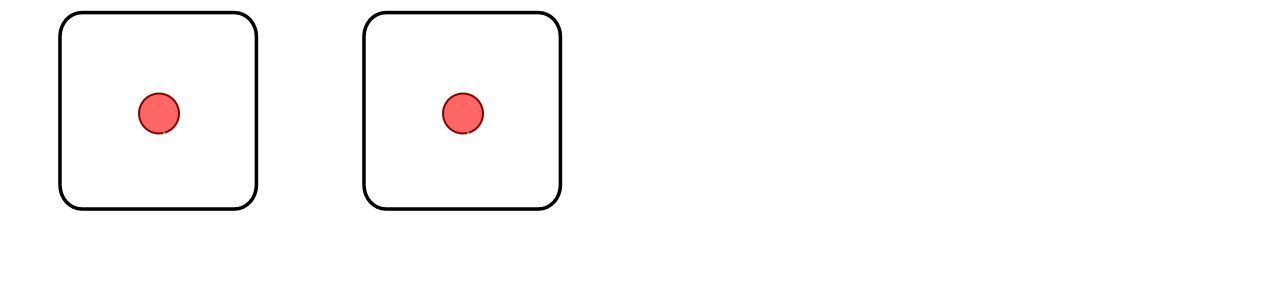
Repository: boseung2/Study-JSP
Page: MyWebSite/WebContent/index.html
The author's editor kept a copy of each file at every save. The page is drawn from the files as they stood at one save, then again after the next save.
The browser window is 1280 px wide. The pictures show the whole page.

Above is the page before, as saved 2021-01-20 03:49:12.

### MyWebSite/WebContent/index.html
<!DOCTYPE html>
<html>
<head>
<meta charset="UTF-8">
<title>Insert title here</title>
</head>
<body>
<img src="/image/dice1.jpg" alt="dice">
<img src="/image/dice1.jpg" alt="dice">
</body>
</html>

After the next save:
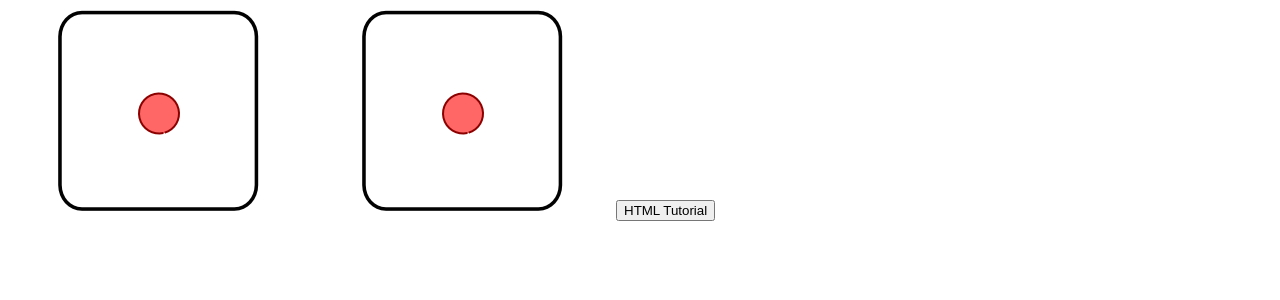
Saved 76 s later.
--- a/MyWebSite/WebContent/index.html
+++ b/MyWebSite/WebContent/index.html
@@ -7,5 +7,6 @@
 <body>
 <img src="/image/dice1.jpg" alt="dice">
 <img src="/image/dice1.jpg" alt="dice">
+<button onclick="document.location='default.asp'">HTML Tutorial</button>
 </body>
 </html>
